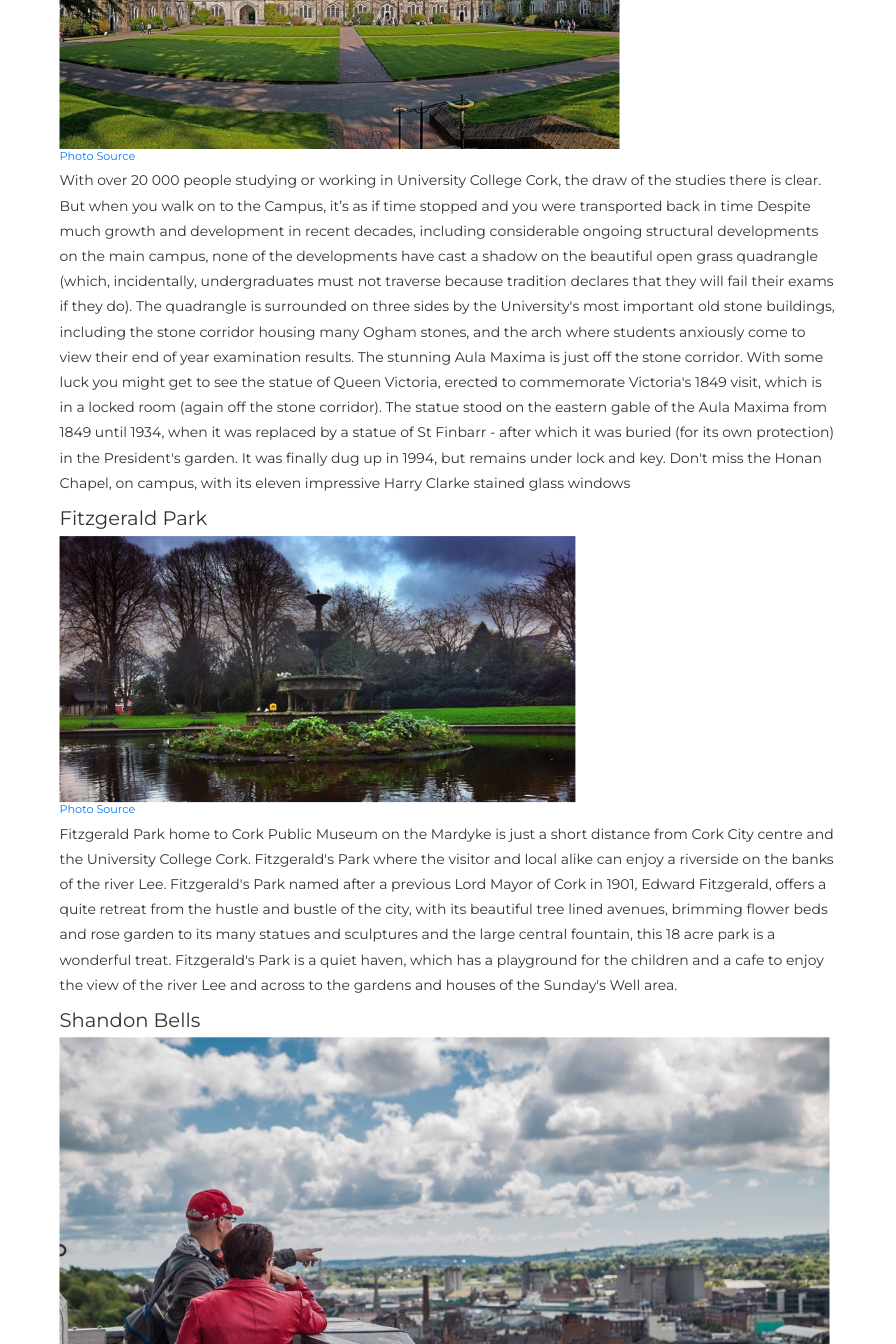
Repository: Maja-Jer/Welcome-to-Cork
Page: see.html
The author's editor kept a record of every edit. The page is drawn from the files as they stood at one moment, then again after the next edit.
The browser window is 1280 px wide. The pictures show the part of the page from y = 467 to 2387 px (the page is 4179 px tall before and 4238 px after), at 70% of full size.
Some web libraries are served in a nearby version.

Above is the page before.
Console error: TypeError: Cannot read properties of undefined (reading 'fn')

After the next edit:
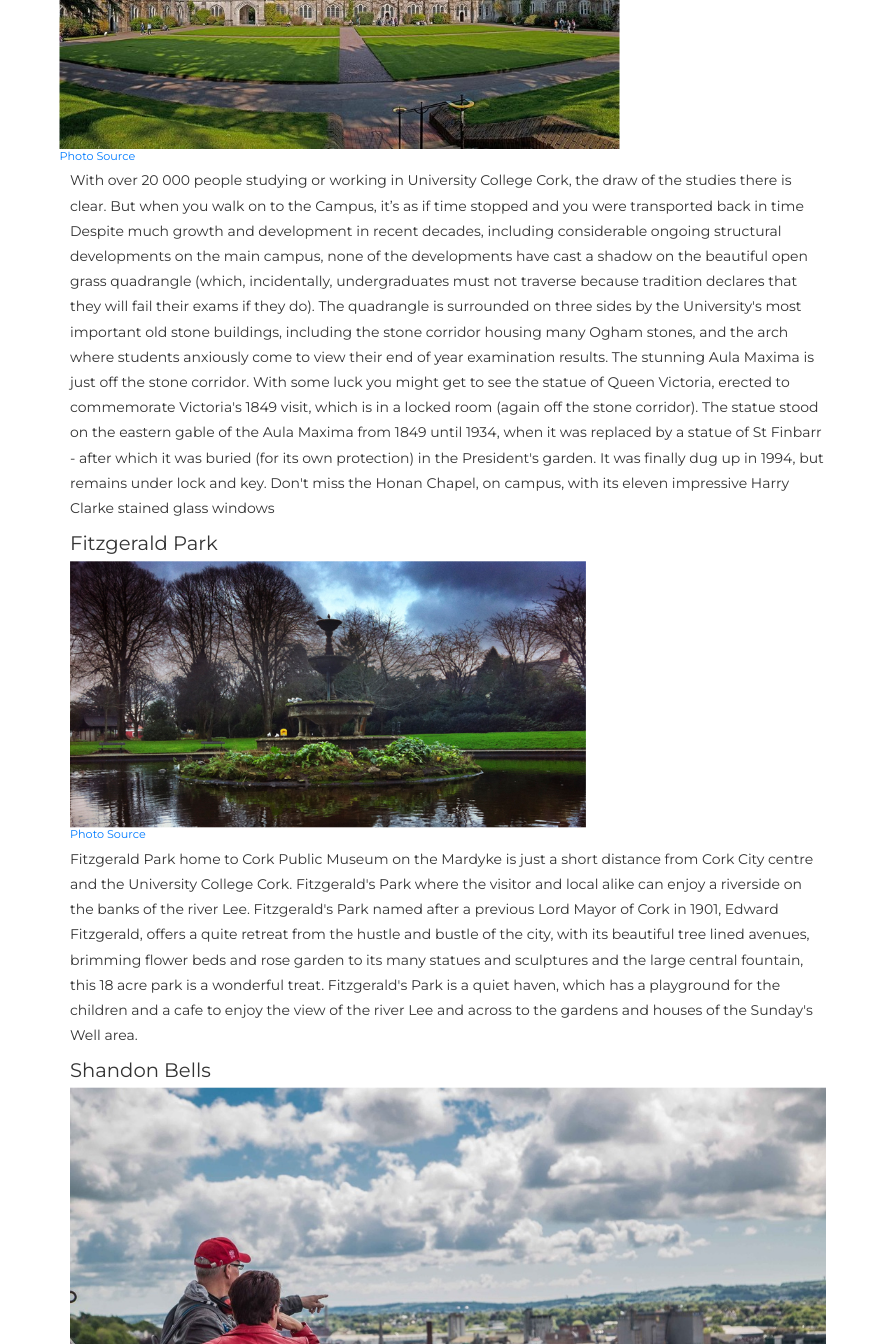
The edit:
--- a/see.html
+++ b/see.html
@@ -53,10 +53,9 @@
             </div>
 
 
-        <img class= "img-fluid" src= "./assets/photos/ucc-campus1.jpg " alt="UCC Campus">
-        <br>
-        <h6><a href= "https://www.irishexaminer.com/breakingnews/ireland/ucc-isssues-1500-booklets-to-promote-good-relations-between-students-and-local-residents-949665.html ">Photo Source</a></h6>
-    </div>
+            <img class= "img-fluid" src= "./assets/photos/ucc-campus1.jpg " alt="UCC Campus">
+            <br>
+            <h6><a href= "https://www.irishexaminer.com/breakingnews/ireland/ucc-isssues-1500-booklets-to-promote-good-relations-between-students-and-local-residents-949665.html ">Photo Source</a></h6>
 
 
         <div class= "container ucc-description">
